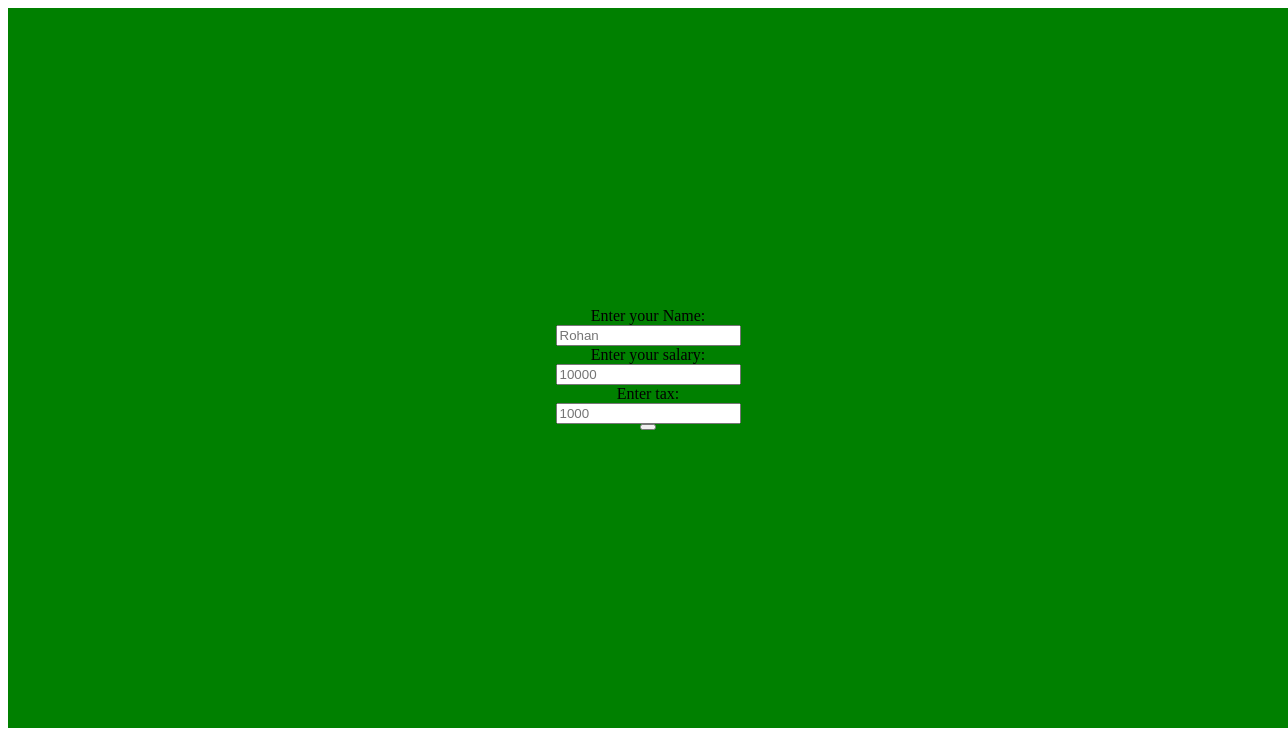
Repository: rohanaj2001/j2ee
Page: prog6/src/main/webapp/index.html
The author's editor kept a copy of each file at every save. The page is drawn from the files as they stood at one save, then again after the next save.
The browser window is 1280 px wide. The page is 1288 px wide, so the pictures cover 1288 px, including what lies to the right of the window. The pictures show the whole page.

Above is the page before, as saved 2023-05-25 17:37:51.

After the next save:
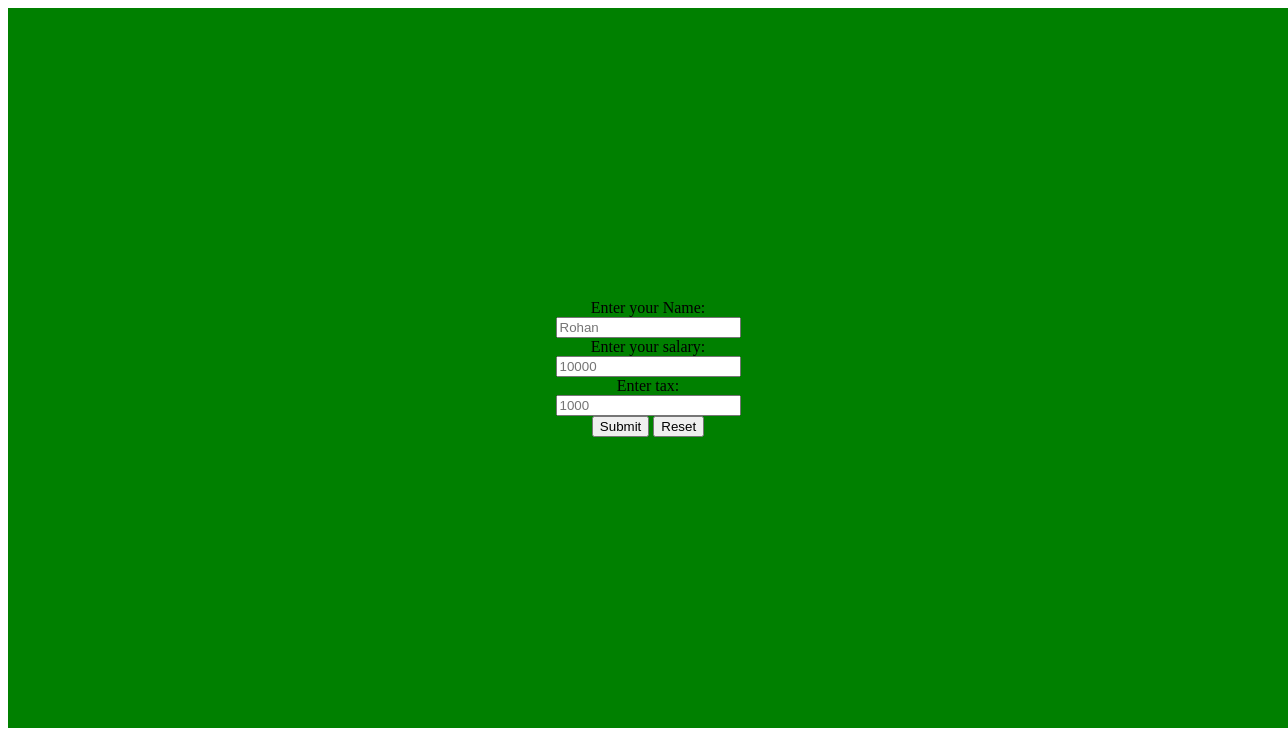
Saved 76 s later.
--- a/prog6/src/main/webapp/index.html
+++ b/prog6/src/main/webapp/index.html
@@ -10,7 +10,10 @@
 Enter your Name:<input type="text" placeholder="Rohan" name="name">
 Enter your salary:<input type="number" placeholder="10000" name="sal">
 Enter tax:<input type="number" placeholder="1000" name="tax">
-<button type="submit"></button>
+<div>
+<input type="submit">
+<input type="reset">
+</div>
 </form>
 </body>
 </html>
